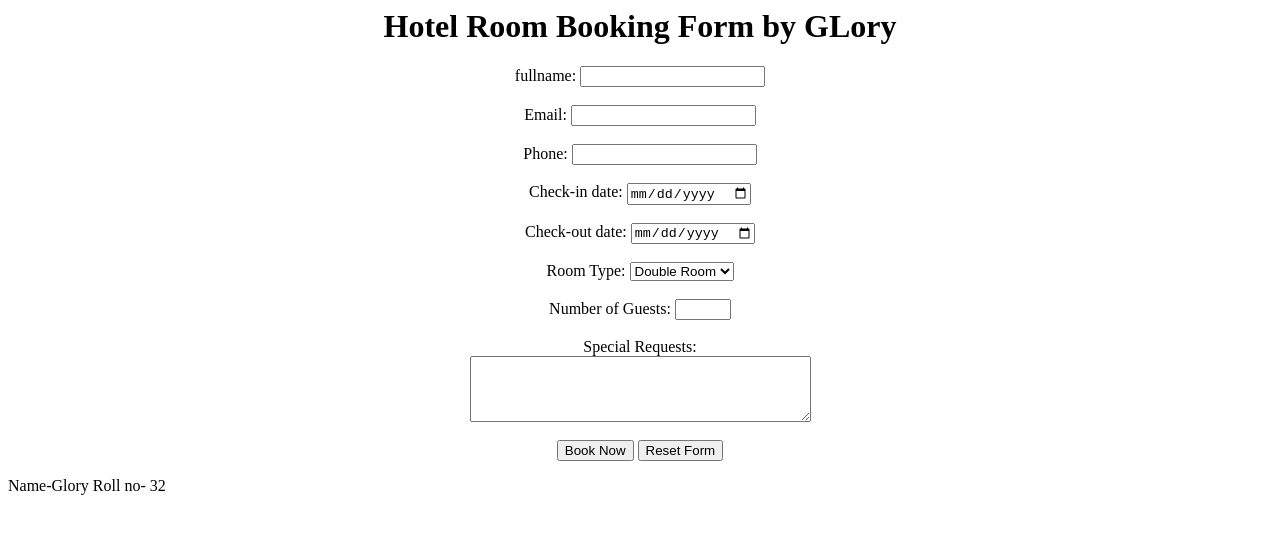
Repository: Glory998/ELCE1-32
Page: experiment4.html
These files come from the project's save history. The page is drawn as it stood at one moment and after the next save; the edit follows.
The browser window is 1280 px wide. The pictures show the whole page.

Above is the page before, as saved 2025-11-09 02:58:42.

After the next save:
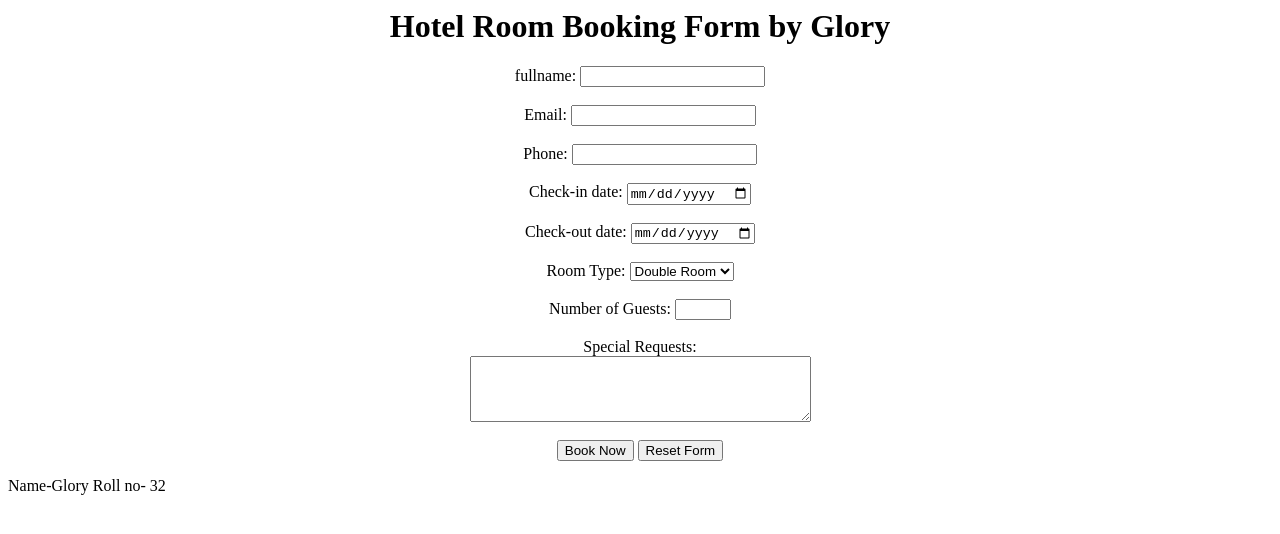
Saved 72 s later.
--- a/experiment4.html
+++ b/experiment4.html
@@ -1,5 +1,5 @@
 <body>
-    <h1 align="center">Hotel Room Booking Form by GLory</h1>
+    <h1 align="center">Hotel Room Booking Form by Glory</h1>
     <form action="#" method="post" align="center">
         <!--Name-->
         <label for="fullname">fullname:</label>
